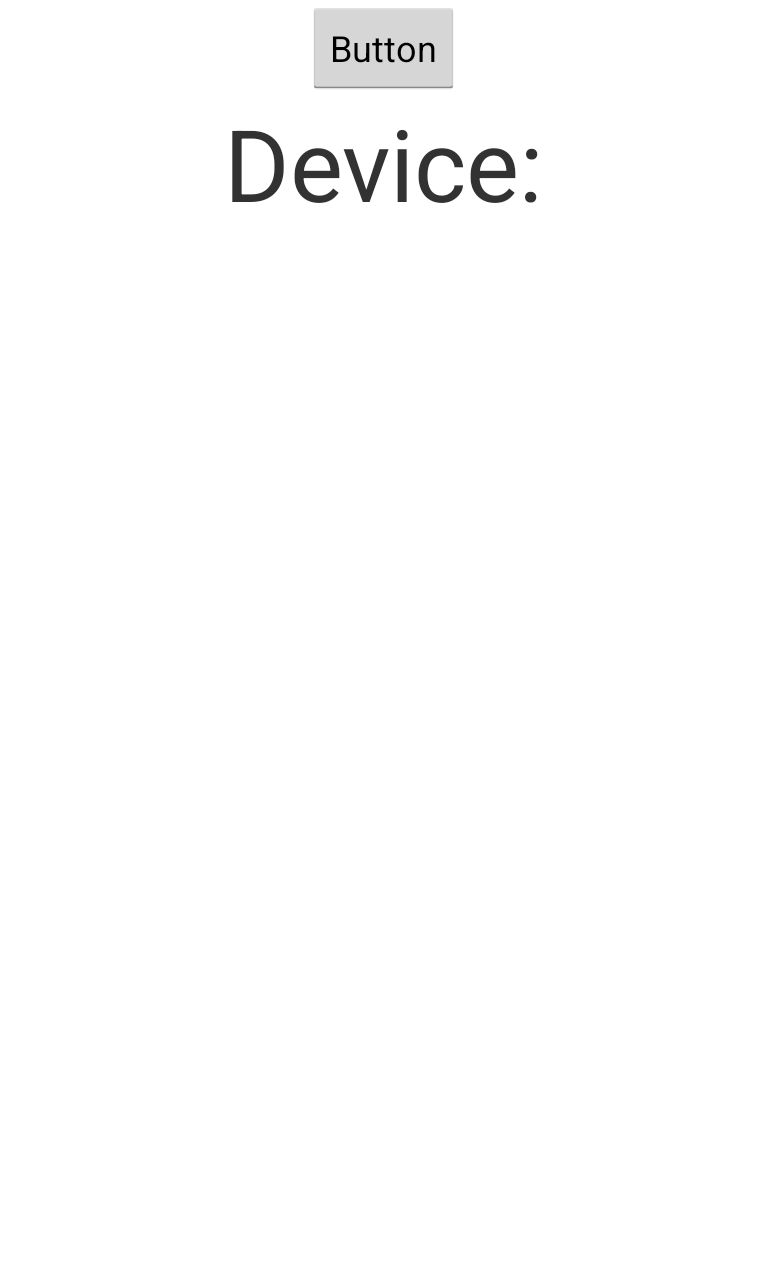
Repository: ArisKots1992/Software-Development
Layout: Anaptiksi Logismikou/Anaptiksi Logismikou/AdminClientApplication/res/layout/second_tab.xml
The author's editor kept a copy of each file at every save. The layout is drawn from the files as they stood at one save, then again after the next save.
It is drawn on a 768 x 1280 px phone screen (xhdpi) without system bars, with theme AppTheme; the app's code is not run.

Above is the layout before, as saved 2015-01-18 16:23:55.

After the next save:
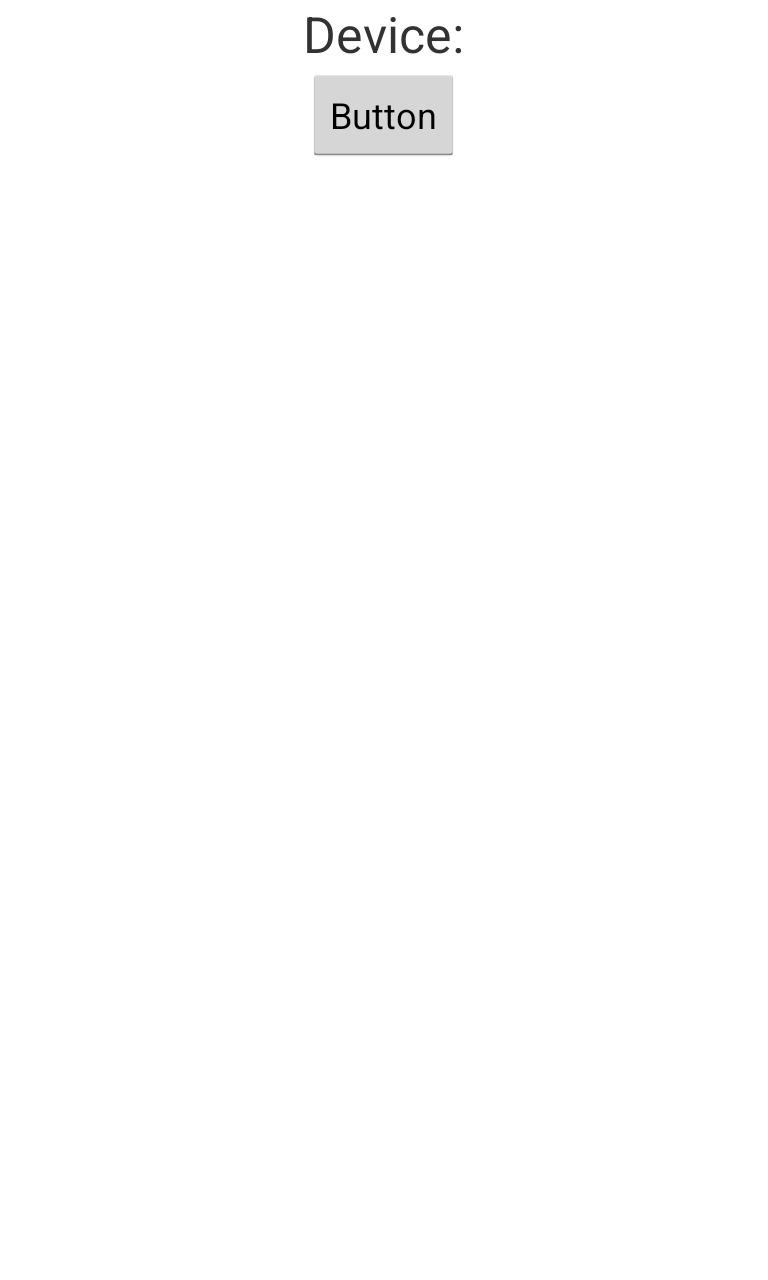
Saved 9 s later.
--- a/Anaptiksi Logismikou/Anaptiksi Logismikou/AdminClientApplication/res/layout/second_tab.xml
+++ b/Anaptiksi Logismikou/Anaptiksi Logismikou/AdminClientApplication/res/layout/second_tab.xml
@@ -5,16 +5,16 @@
     android:gravity="center_horizontal"
     android:orientation="vertical" >
 
+    <TextView
+        android:id="@+id/textView"
+        android:layout_width="wrap_content"
+        android:layout_height="wrap_content"
+        android:text="Device:"
+        android:textSize="25sp" />
+
     <Button
         android:id="@+id/button1"
         android:layout_width="wrap_content"
         android:layout_height="wrap_content"
         android:text="Button" />
-
-    <TextView
-        android:id="@+id/textView"
-        android:layout_width="wrap_content"
-        android:layout_height="wrap_content"
-        android:text="Device:"
-        android:textSize="50sp"/>
 </LinearLayout>
